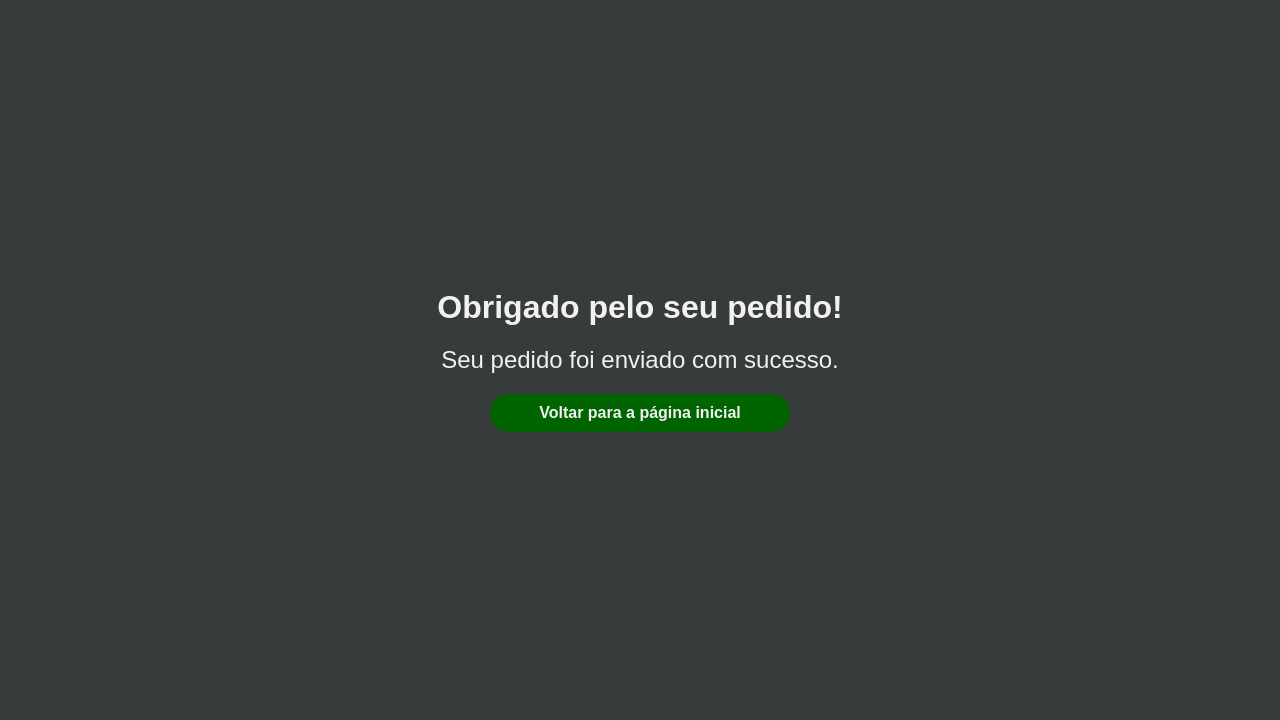
Repository: Marinalr-25/Projeto-Aparelhos-de-Academia
Page: thanks.html
An editor plug-in stored every save of this project. The page is shown before and after the next save, followed by the edit.
The browser window is 1280 px wide. The pictures show the whole page.

Above is the page before, as saved 2025-01-14 14:25:49.

After the next save:
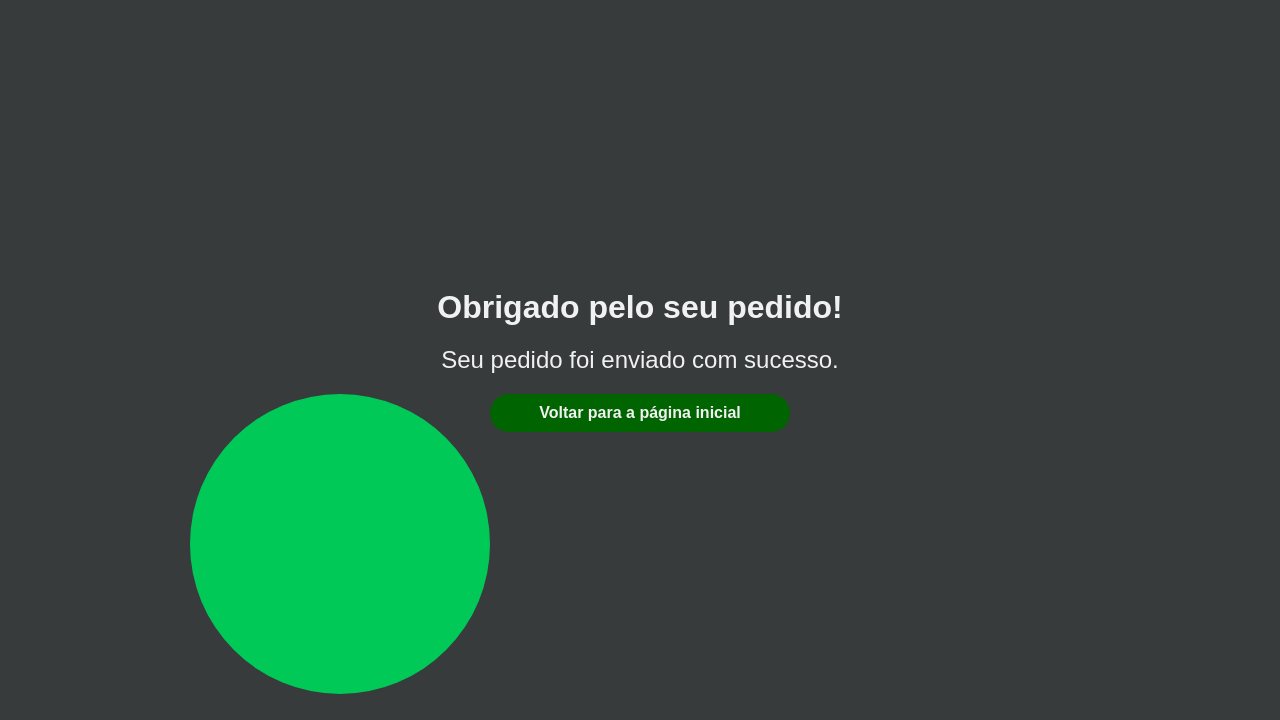
Saved 21 s later.
--- a/css/thanks.css
+++ b/css/thanks.css
@@ -39,7 +39,6 @@ body {
   position: relative;
   cursor: pointer;
   width: 30rem;
-  overflow: hidden;
   transition: 0.3s;
 
   &::before {
@@ -50,6 +49,8 @@ body {
     background-color: var(--cor-texto);
     color: var(--cor-fundo);
     left: -100%;
+    top: 0;
+    border-radius: 50%;
   }
 
   &:hover {
